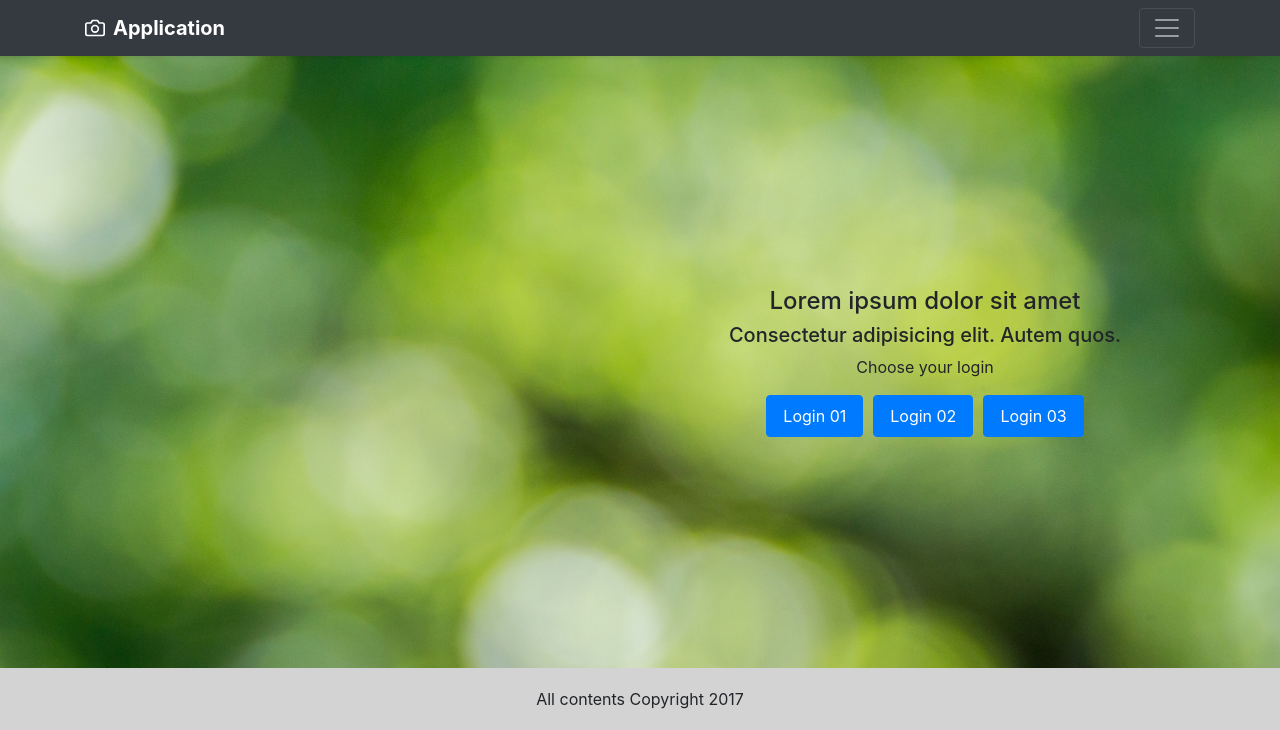
Repository: bijoysen/angular7-landing-login
Page: /
These files come from the project's save history. The page is drawn as it stood at one moment and after the next save; the edit follows.
The browser window is 1280 px wide. The pictures show the whole page.
The project was rebuilt for these pictures with package versions that can differ from the ones it lists, and the page was loaded fresh each time. Also part of the build but not shown: angular.json, src/app/pre/login-two/login-two.component.ts, src/app/pre/login-three/login-three.component.ts.

Above is the page before, as saved 2018-12-17 19:34:34.

### src/index.html
<!doctype html>
<html lang="en">
<head>
  <meta charset="utf-8">
  <title>Angular7LandingLogin</title>
  <base href="/">

  <meta name="viewport" content="width=device-width, initial-scale=1">
  <link rel="icon" type="image/x-icon" href="favicon.ico">
</head>
<body>
  <app-root></app-root>
</body>
</html>

### src/app/app.module.ts
import { BrowserModule } from '@angular/platform-browser';
import { NgModule } from '@angular/core';

import { AppRoutingModule } from './app-routing.module';
import { AppComponent } from './app.component';
import { HeaderComponent } from './shared/header/header.component';
import { FooterComponent } from './shared/footer/footer.component';
import { LandingComponent } from './pre/landing/landing.component';
import { LoginOneComponent } from './pre/login-one/login-one.component';
import { LoginTwoComponent } from './pre/login-two/login-two.component';
import { LoginThreeComponent } from './pre/login-three/login-three.component';

@NgModule({
  declarations: [
    AppComponent,
    HeaderComponent,
    FooterComponent,
    LandingComponent,
    LoginOneComponent,
    LoginTwoComponent,
    LoginThreeComponent
  ],
  imports: [
    BrowserModule,
    AppRoutingModule
  ],
  providers: [],
  bootstrap: [AppComponent]
})
export class AppModule { }

### src/app/app.component.ts
import { Component } from '@angular/core';

@Component({
  selector: 'app-root',
  templateUrl: './app.component.html',
  styleUrls: ['./app.component.scss']
})
export class AppComponent {
  title = 'angular7-landing-login';
}

### src/app/app.component.html
<app-header></app-header>
<router-outlet></router-outlet>
<app-landing></app-landing>
<!-- <app-login-one></app-login-one> -->
<!-- <app-login-two></app-login-two> -->
<!-- <app-login-three></app-login-three> -->

<app-footer></app-footer>

### src/app/shared/header/header.component.html
<header>
	<!-- <div class="collapse bg-dark" id="navbarHeader">
		<div class="container">
			<div class="row">
				<div class="col-sm-8 col-md-7 py-4">
					<h4 class="text-white">About</h4>
					<p class="text-muted">Add some information about the album below, the author, or any other background context. Make it a few sentences long so folks can pick up some informative tidbits. Then, link them off to some social networking sites or contact information.</p>
				</div>
				<div class="col-sm-4 offset-md-1 py-4">
					<h4 class="text-white">Contact</h4>
					<ul class="list-unstyled">
						<li><a href="#" class="text-white">Follow on Twitter</a></li>
						<li><a href="#" class="text-white">Like on Facebook</a></li>
						<li><a href="#" class="text-white">Email me</a></li>
					</ul>
				</div>
			</div>
		</div>
	</div> -->
	<div class="navbar navbar-dark bg-dark shadow-sm">
		<div class="container d-flex justify-content-between">
			<a href="#" class="navbar-brand d-flex align-items-center">
				<svg xmlns="http://www.w3.org/2000/svg" width="20" height="20" viewBox="0 0 24 24" fill="none" stroke="currentColor" stroke-width="2" stroke-linecap="round" stroke-linejoin="round" class="mr-2"><path d="M23 19a2 2 0 0 1-2 2H3a2 2 0 0 1-2-2V8a2 2 0 0 1 2-2h4l2-3h6l2 3h4a2 2 0 0 1 2 2z"></path><circle cx="12" cy="13" r="4"></circle></svg>
				<strong>Application</strong>
			</a>
			<button class="navbar-toggler" type="button" data-toggle="collapse" data-target="#navbarHeader" aria-controls="navbarHeader" aria-expanded="false" aria-label="Toggle navigation">
			<span class="navbar-toggler-icon"></span>
			</button>
		</div>
	</div>
</header>

### src/app/shared/footer/footer.component.html
<footer class="pageFooter text-center">
  <p>All contents Copyright 2017</p>
</footer>

### src/app/shared/footer/footer.component.scss
.pageFooter {
    background: #d3d3d3;
    padding: 19px 0;
    p {
        margin-bottom: 0;
    }
}

### src/app/pre/landing/landing.component.html
<section class="pageContent" style="background-image: url('assets/images/01.jpg')">
	<div class="container">
		<div class="row align-items-center">
			<div class="col-md-6"></div>
			<div class="col-md-6">
				<div class="accountsArea text-center">
					<h4>Lorem ipsum dolor sit amet</h4>
					<h5>Consectetur adipisicing elit. Autem quos.</h5>
					<p>Choose your login</p>
					<ul class="nav justify-content-center">
						<li class="nav-item"><a href="#" class="nav-link btn btn-primary">Login 01</a></li>
						<li class="nav-item"><a href="#" class="nav-link btn btn-primary">Login 02</a></li>
						<li class="nav-item"><a href="#" class="nav-link btn btn-primary">Login 03</a></li>
					</ul>
				</div>
			</div>
		</div>
	</div>
</section>

### src/app/pre/landing/landing.component.scss
.pageContent {
    > .container > .row {
        height: 85vh;
    }
    .accountsArea {
        li {
            margin: 0 5px;
        }
    }
}
.pageContent {
    background-repeat: no-repeat;
    background-size: cover;
    background-position: center top;
}

### src/app/pre/login-one/login-one.component.ts
import { Component, OnInit } from '@angular/core';

@Component({
  selector: 'app-login-one',
  templateUrl: './login-one.component.html',
  styleUrls: ['./login-one.component.scss']
})
export class LoginOneComponent implements OnInit {

  constructor() { }

  ngOnInit() {
  }

}

### src/app/pre/login-one/login-one.component.html
<!-- Common Part Start -->
<section class="pageContent" style="background-image: url('assets/images/05.jpg')">
	<div class="container">
		<div class="row align-items-center">
			<div class="col-md-6"></div>
			<div class="col-md-6">
                <!-- New Section Start -->
                <h2>Login 01</h2>
                <form>
                    <div class="form-group">
                        <label for="exampleInputEmail1">Email address</label>
                        <input type="email" class="form-control" id="exampleInputEmail1" aria-describedby="emailHelp" placeholder="Enter email">
                        <small id="emailHelp" class="form-text text-muted">We'll never share your email with anyone else.</small>
                    </div>
                    <div class="form-group">
                        <label for="exampleInputPassword1">Password</label>
                        <input type="password" class="form-control" id="exampleInputPassword1" placeholder="Password">
                    </div>
                    <div class="form-group form-check">
                        <input type="checkbox" class="form-check-input" id="exampleCheck1">
                        <label class="form-check-label" for="exampleCheck1">Check me out</label>
                    </div>
                    <button type="submit" class="btn btn-primary">Submit</button>
                </form>

                <button type="submit" class="btn btn-primary">Login 02</button>
                <button type="submit" class="btn btn-primary">Login 03</button>
                <!-- New Section End -->
			</div>
		</div>
	</div>
</section>
<!-- Common Part End -->

### src/app/pre/login-one/login-one.component.scss
.pageContent {
    background-repeat: no-repeat;
    background-size: cover;
    background-position: center top;
    > .container > .row {
        height: 85vh;
    }
}

Loaded but not shown: src/styles.scss (common file); src/main.ts (common file); src/environments/environment.ts (common file); src/app/app-routing.module.ts (common file); src/app/shared/header/header.component.ts (common file); src/app/shared/footer/footer.component.ts (common file); src/app/pre/landing/landing.component.ts (common file); src/app/shared/header/header.component.scss (no stored copy; drawn as an empty file); src/app/app.component.scss (no stored copy; drawn as an empty file)

After the next save:
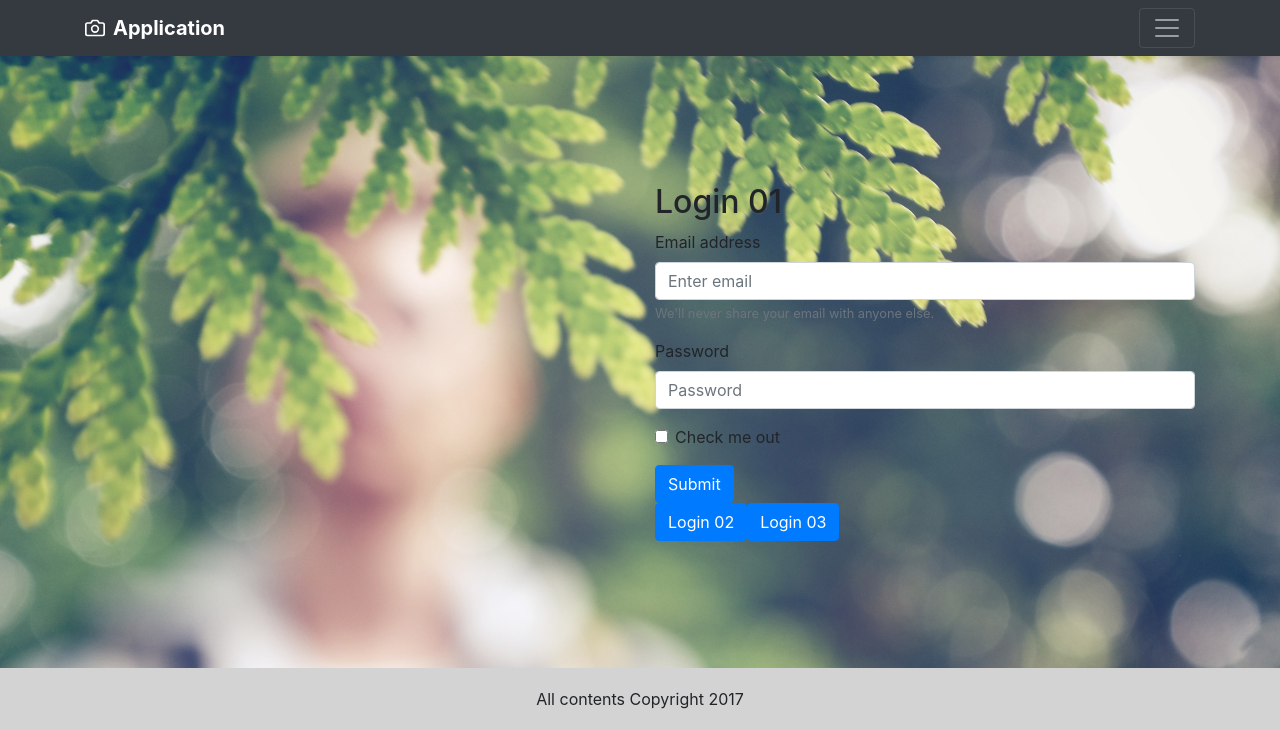
Saved 6 s later.
--- a/src/app/app.component.html
+++ b/src/app/app.component.html
@@ -1,7 +1,7 @@
 <app-header></app-header>
 <router-outlet></router-outlet>
-<app-landing></app-landing>
-<!-- <app-login-one></app-login-one> -->
+<!-- <app-landing></app-landing> -->
+<app-login-one></app-login-one>
 <!-- <app-login-two></app-login-two> -->
 <!-- <app-login-three></app-login-three> -->
 
